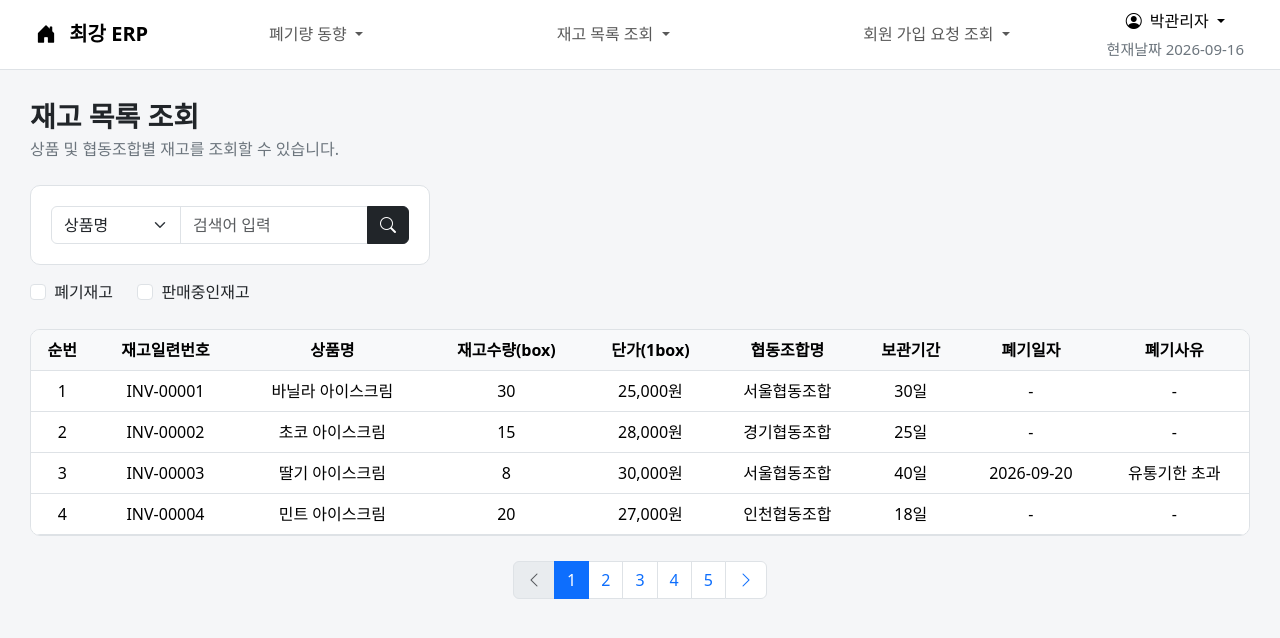
Repository: nojong99/kosta
Page: 32_MVCModel2/src/main/webapp/inventoryList.html
An editor plug-in stored every save of this project. The page is shown before and after the next save, followed by the edit.
The browser window is 1280 px wide. The pictures show the whole page.

Above is the page before, as saved 2026-09-23 05:49:32.

After the next save:
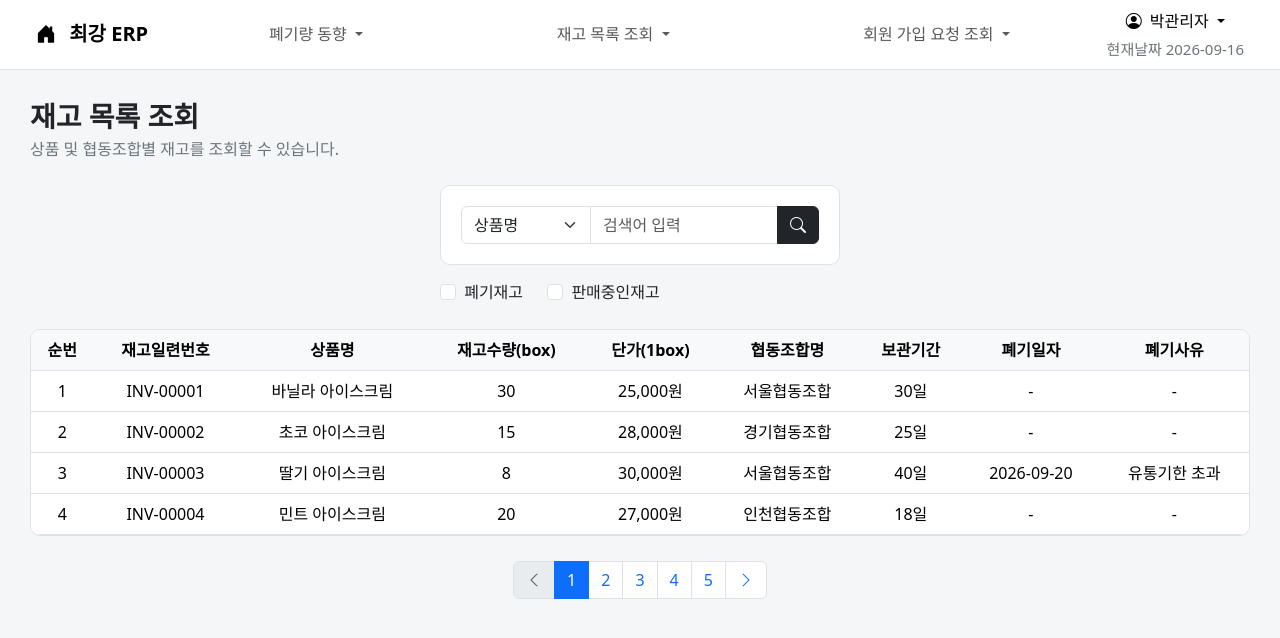
Saved 71 s later.
--- a/32_MVCModel2/src/main/webapp/inventoryList.html
+++ b/32_MVCModel2/src/main/webapp/inventoryList.html
@@ -179,7 +179,7 @@ body {
 
 
 		<!-- 검색 영역 -->
-		<div class="d-flex justify-content-between align-items-start">
+		<div class="d-flex justify-content-center align-items-center">
 
 			<!-- 왼쪽 검색 -->
 			<div class="search-area">
